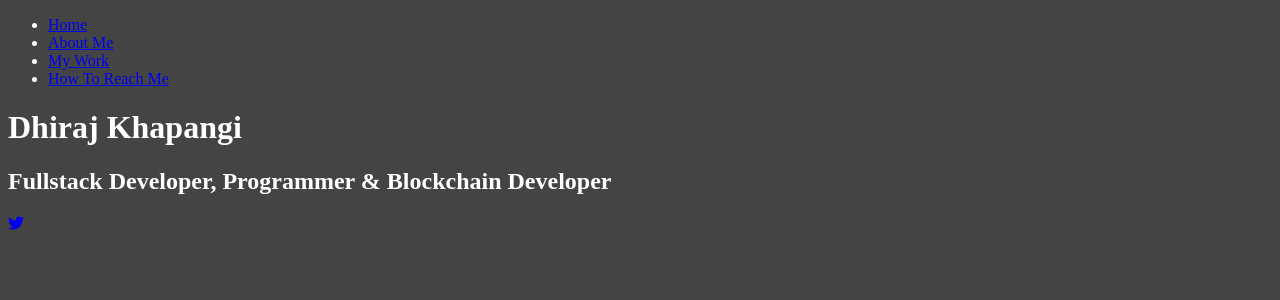
Repository: dhiraj13/modern_portfolio
Page: dist/index.html
An editor plug-in stored every save of this project. The page is shown before and after the next save, followed by the edit.
The browser window is 1280 px wide. The pictures show the whole page.
Some web libraries are served in a nearby version. The style sheet was rebuilt from its Sass, Less or Tailwind sources for each picture, by a compiler version that may differ from the author's.

Above is the page before, as saved 2020-02-01 13:39:33.

### dist/index.html
<!DOCTYPE html>
<html lang="en">
	<head>
		<meta charset="UTF-8" />
		<meta name="viewport" content="width=device-width, initial-scale=1.0" />
		<meta http-equiv="X-UA-Compatible" content="ie=edge" />
		<link rel="stylesheet" href="css/main.css" />
		<script
			src="https://kit.fontawesome.com/48fd9e03c9.js"
			crossorigin="anonymous"
		></script>
		<title>Welcome To My Portfolio</title>
	</head>
	<body>
		<header>
			<div class="menu-btn">
				<div class="btn-line"></div>
				<div class="btn-line"></div>
				<div class="btn-line"></div>
			</div>

			<nav class="menu">
				<div class="menu-branding">
					<div class="portrait"></div>
				</div>
				<ul class="menu-nav">
					<li class="nav-item">
						<a href="/" class="nav-link">
							Home
						</a>
					</li>
					<li class="nav-item">
						<a href="/about.html" class="nav-link">
							About Me
						</a>
					</li>
					<li class="nav-item">
						<a href="/work.html" class="nav-link">
							My Work
						</a>
					</li>
					<li class="nav-item">
						<a href="/contact.html" class="nav-link">
							How To Reach Me
						</a>
					</li>
				</ul>
			</nav>
		</header>

		<main id="home">
			<h1 class="lg-heading">
				Dhiraj <span class="text-secondary">Khapangi</span>
			</h1>
			<h2 class="sm-heading">
				Fullstack Developer, Programmer & Blockchain Developer
			</h2>
			<div class="icons">
				<a href="#!">
					<i class="fab fa-twitter"></i>
				</a>
			</div>
		</main>
	</body>
</html>

### scss/main.scss
$primary-color: #444;

body {
	background: $primary-color;
	color: #fff;
}

After the next save:
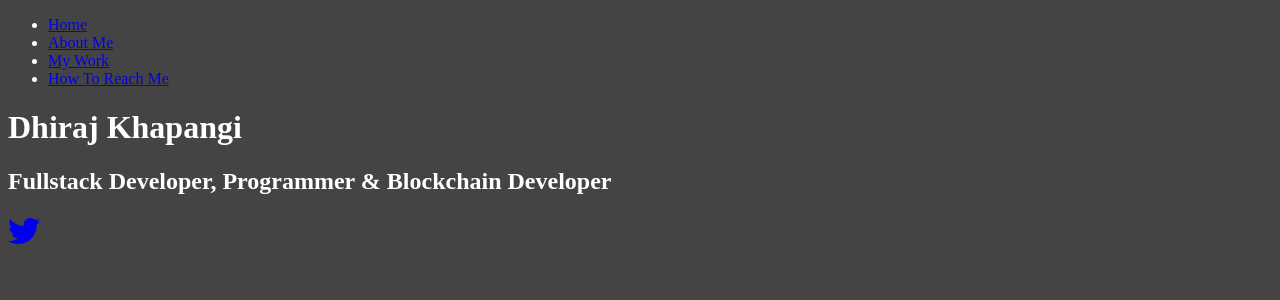
Saved 33 s later.
--- a/dist/index.html
+++ b/dist/index.html
@@ -57,7 +57,7 @@
 			</h2>
 			<div class="icons">
 				<a href="#!">
-					<i class="fab fa-twitter"></i>
+					<i class="fab fa-twitter fa-2x"></i>
 				</a>
 			</div>
 		</main>
